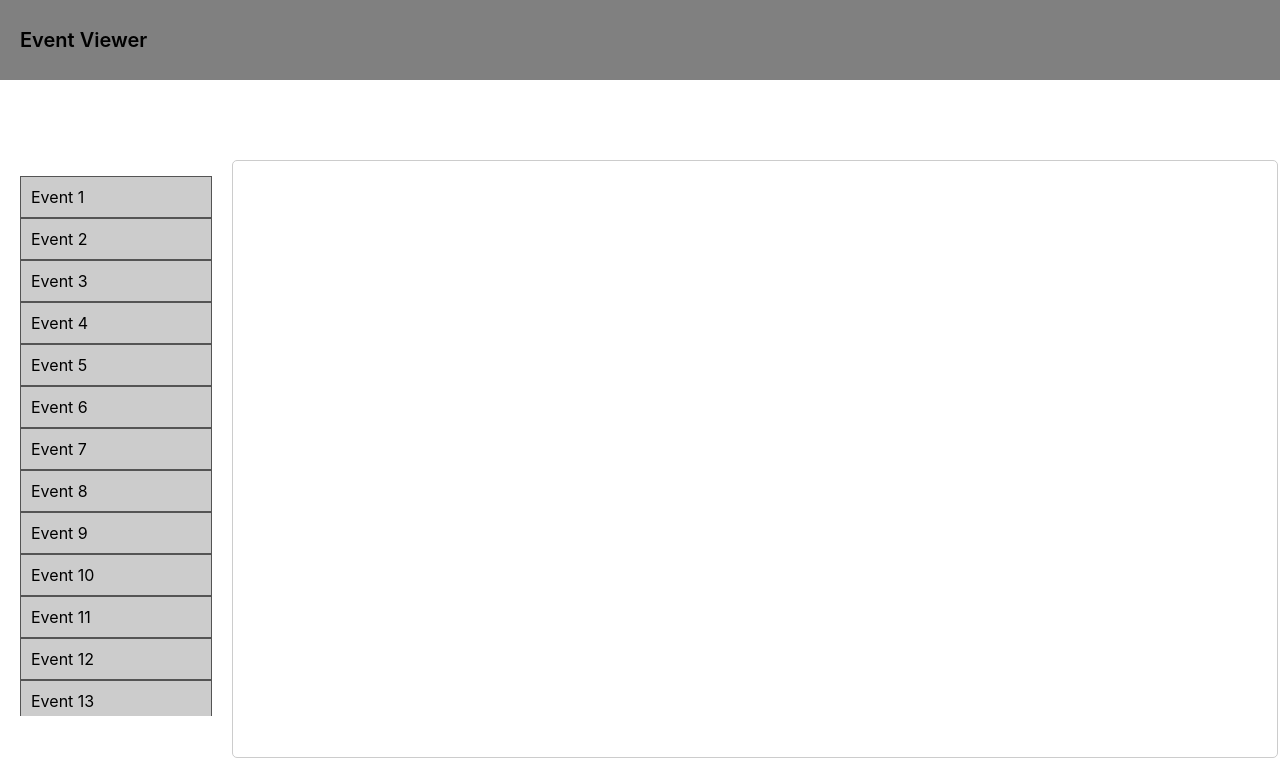
Repository: TauqeerHusain/Assignment
Page: /
An editor plug-in stored every save of this project. The page is shown before and after the next save, followed by the edit.
The browser window is 1280 px wide. The pictures show the whole page.
The project was rebuilt for these pictures with package versions that can differ from the ones it lists, and the page was loaded fresh each time.

Above is the page before, as saved 2023-02-07 11:14:29.

After the next save:
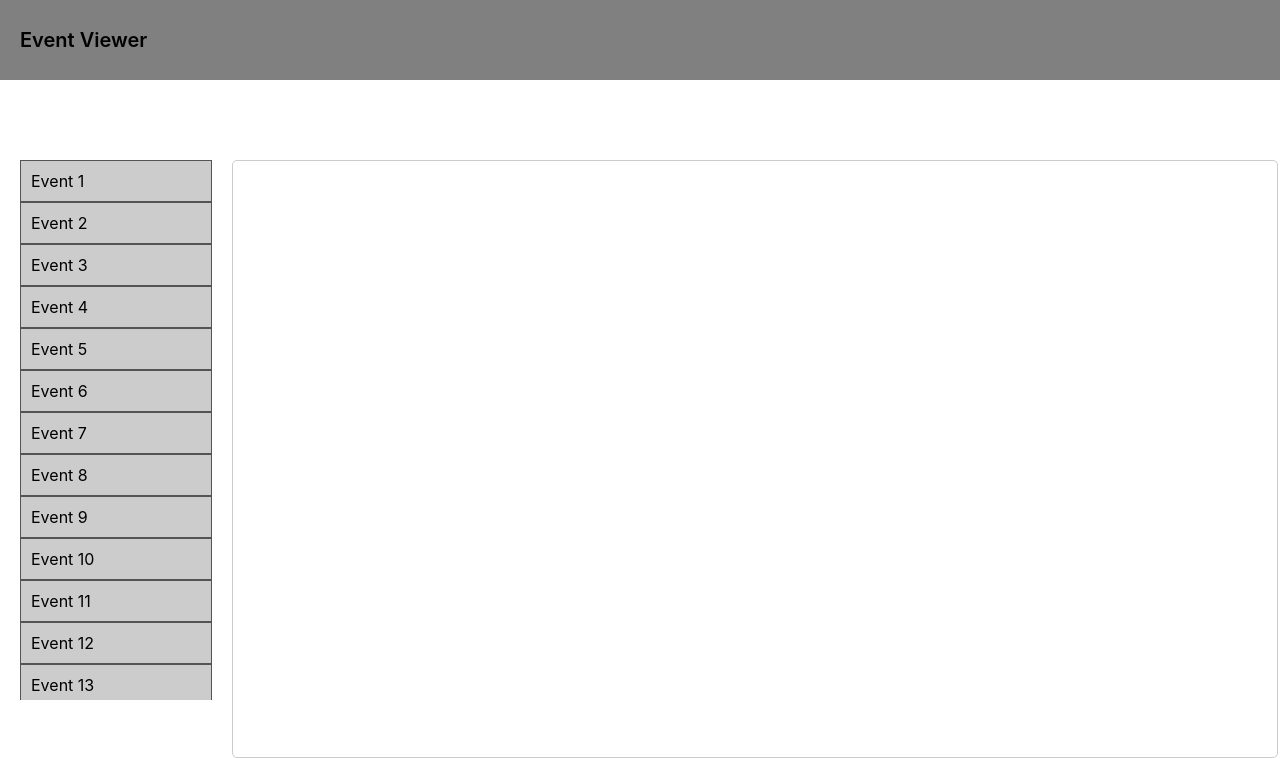
Saved 28 s later.
--- a/src/App.js
+++ b/src/App.js
@@ -536,6 +536,7 @@ const App = () => {
               padding: 0,
               overflowY: "scroll",
               height: "75vh",
+              marginTop: 0,
             }}
           >
             {events.map((event) => (
